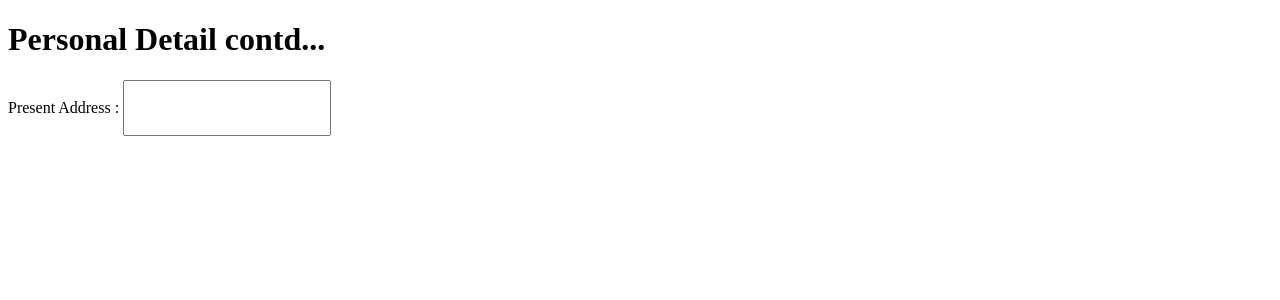
Repository: gotoharjeet/s2
Page: sessionDemo/src/main/webapp/two.html
These files come from the project's save history. The page is drawn as it stood at one moment and after the next save; the edit follows.
The browser window is 1280 px wide. The pictures show the whole page.

Above is the page before, as saved 2022-05-26 16:11:54.

### sessionDemo/src/main/webapp/two.html
<!DOCTYPE html>
<html>
<head>
<meta charset="UTF-8">
<title>Second Page</title>
</head>
<body action="SecondServlet" method="post">
   <h1>Personal Detail contd...</h1>
   Present Address : <input type="text" cols="40" rows="5" name="address1" style="width:200px; height:50px;" >

</body>
</html>

After the next save:
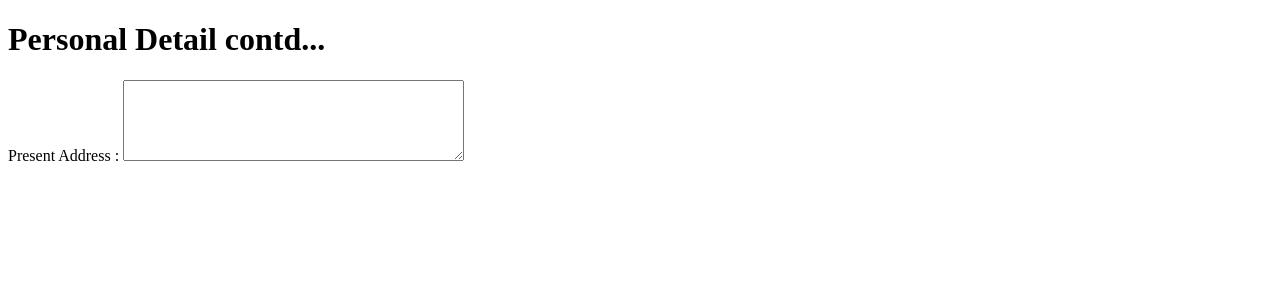
Saved 2 min 40 s later.
--- a/sessionDemo/src/main/webapp/two.html
+++ b/sessionDemo/src/main/webapp/two.html
@@ -6,7 +6,7 @@
 </head>
 <body action="SecondServlet" method="post">
    <h1>Personal Detail contd...</h1>
-   Present Address : <input type="text" cols="40" rows="5" name="address1" style="width:200px; height:50px;" >
+   Present Address : <textarea name="address1" cols="40" rows="5"></textarea>
 
 </body>
 </html>
